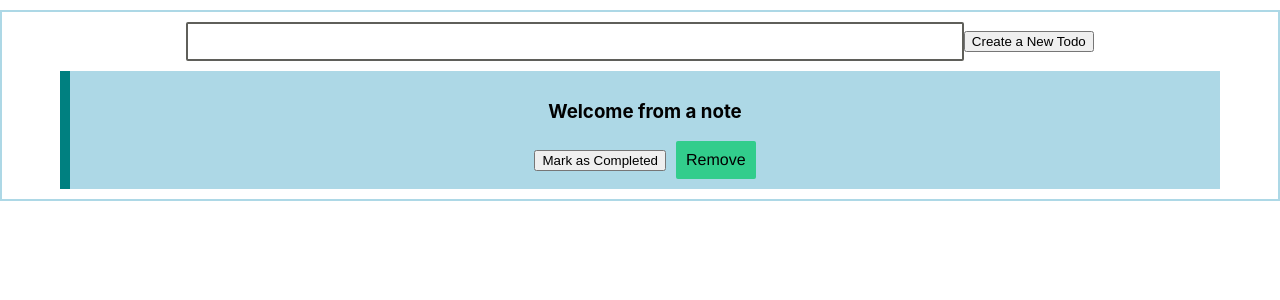
Repository: CaptainStorm21/react-ecosystem-course
Page: /
An editor plug-in stored every save of this project. The page is shown before and after a run of saves, followed by the edit.
The browser window is 1280 px wide. The pictures show the whole page.
The project was rebuilt for these pictures with package versions that can differ from the ones it lists, and the page was loaded fresh each time.

Above is the page before, as saved 2020-05-30 17:50:30.

After the next 2 saves:
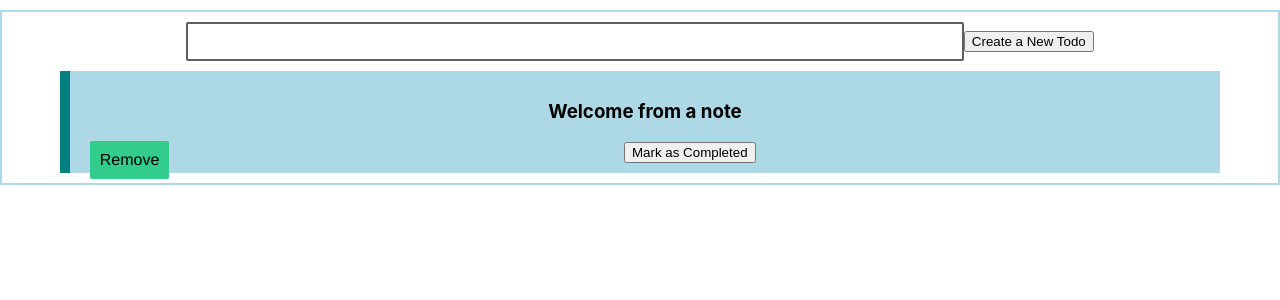
The 2 saves are shown as one change because they came seconds apart.
The last was saved 7 s later.
--- a/src/todos/NewTodoForm.css
+++ b/src/todos/NewTodoForm.css
@@ -15,7 +15,7 @@
   font-size: medium;
   font-family: "Franklin Gothic Medium", "Arial Narrow", Arial, sans-serif;
   border-radius: 2px;
-  floa
+  float: left;
 }
 
 .new-todo-input {
